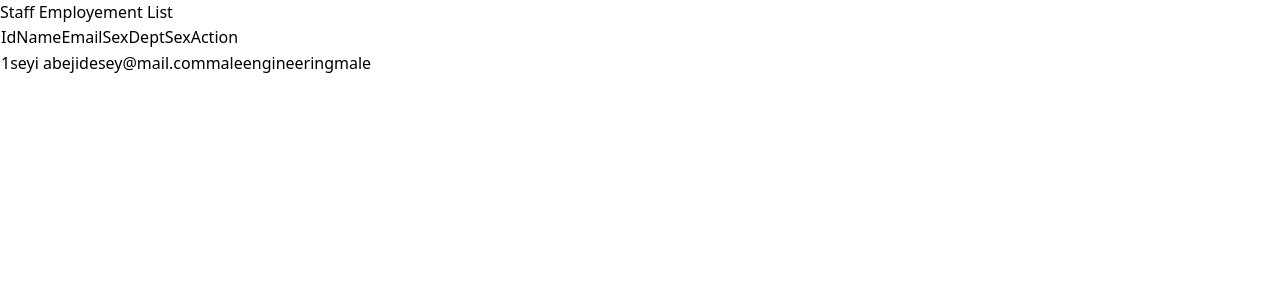
Repository: Semanmernstack/crud
Page: /
These files come from the project's save history. The page is drawn as it stood at one moment and after the next save; the edit follows.
The browser window is 1280 px wide. The pictures show the whole page.
The project was rebuilt for these pictures with package versions that can differ from the ones it lists, and the page was loaded fresh each time. Also part of the build but not shown: src/Details.js, src/Create.js, src/Edit.js.

Above is the page before, as saved 2022-12-23 02:30:07.

After the next save:
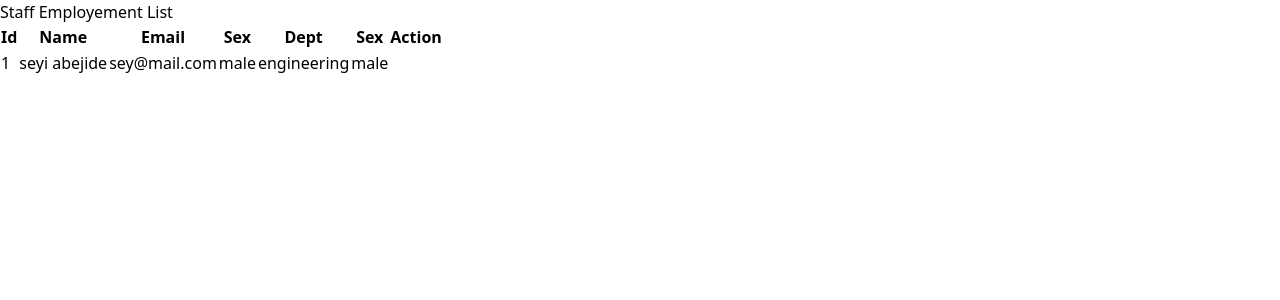
Saved 8 min 15 s later.
--- a/src/List.js
+++ b/src/List.js
@@ -6,27 +6,27 @@ function List() {
         <div>
             <p>Staff Employement List</p>
         </div>
-        <div className='flex flex-col'>
-            <td className="flex">
-                <tr>Id</tr>
-                <tr>Name</tr>
-                <tr>Email</tr>
-                <tr>Sex</tr>
-                <tr>Dept</tr>
-                <tr>Sex</tr>
-                <tr>Action</tr>
-            </td>
+        <table className=''>
+            <tr className="">
+                <th>Id</th>
+                <th>Name</th>
+                <th>Email</th>
+                <th>Sex</th>
+                <th>Dept</th>
+                <th>Sex</th>
+                <th>Action</th>
+            </tr>
 
 
-            <td className="flex">
-                <tr>1</tr>
-                <tr>seyi abejide</tr>
-                <tr>sey@mail.com</tr>
-                <tr>male</tr>
-                <tr>engineering</tr>
-                <tr>male</tr>
-            </td>
-        </div>
+            <tr className="">
+                <td>1</td>
+                <td>seyi abejide</td>
+                <td>sey@mail.com</td>
+                <td>male</td>
+                <td>engineering</td>
+                <td>male</td>
+            </tr>
+        </table>
 
     </div>
   )
